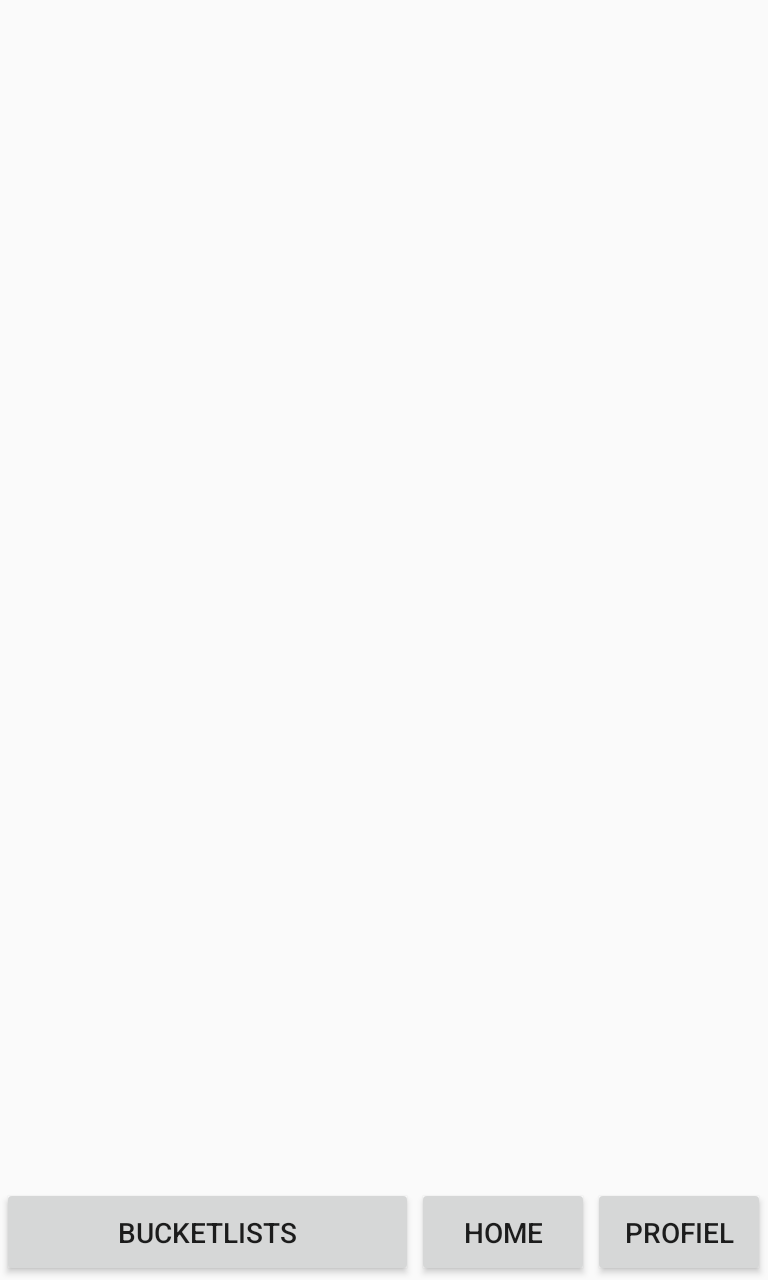
Repository: MarcSelles/BeatYourBucketAndroid
Layout: The_app/BeatYourBucket/res/layout/activity_buttons.xml
An editor plug-in stored every save of this project. The layout is shown before and after the next save, followed by the edit.
It is drawn on a 768 x 1280 px phone screen (xhdpi) without system bars, with theme AppTheme; the app's code is not run.

Above is the layout before, as saved 2015-01-26 19:11:27.

After the next save:
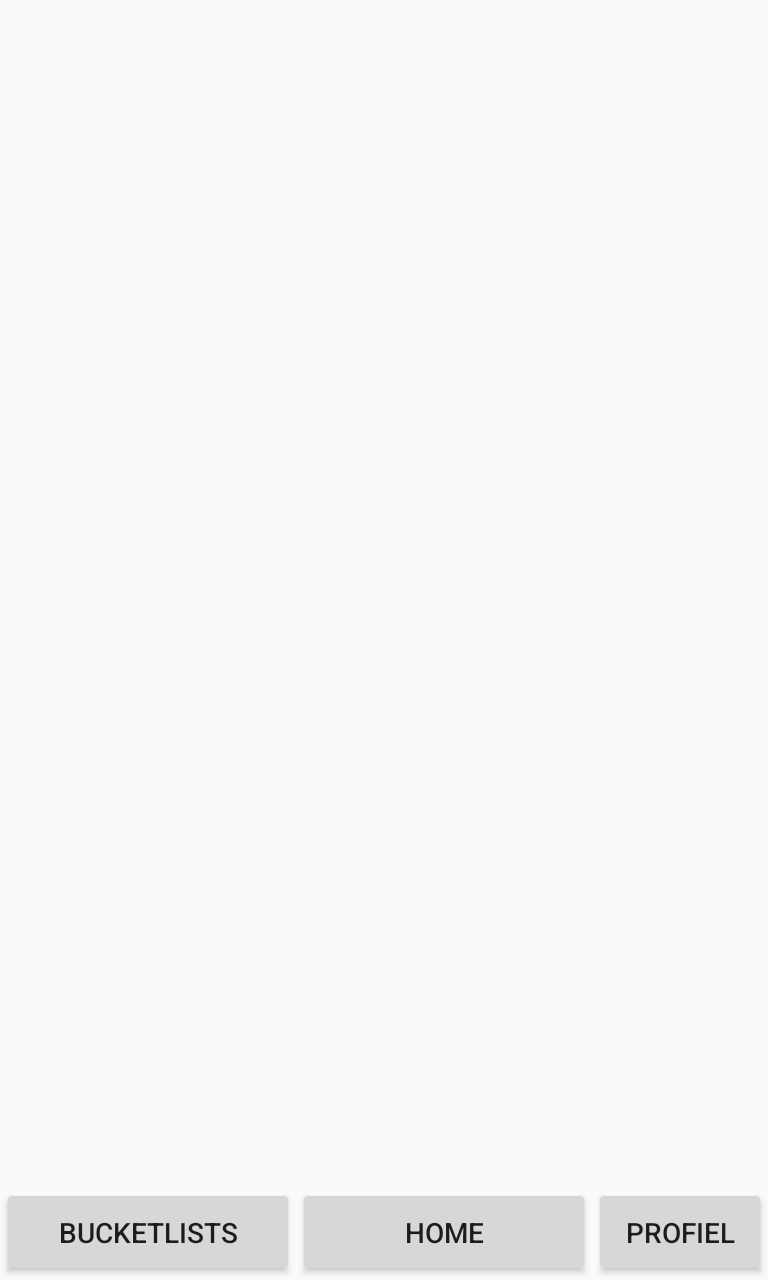
Saved 7 s later.
--- a/The_app/BeatYourBucket/res/layout/activity_buttons.xml
+++ b/The_app/BeatYourBucket/res/layout/activity_buttons.xml
@@ -33,7 +33,8 @@
 
         <Button
             android:id="@+id/newsfeed"
-            android:layout_width="wrap_content"
+            android:layout_width="0dp"
+            android:layout_weight="0.33"
             android:layout_height="wrap_content"
             android:layout_gravity="center_horizontal|center"
             android:onClick="makeTabs"
